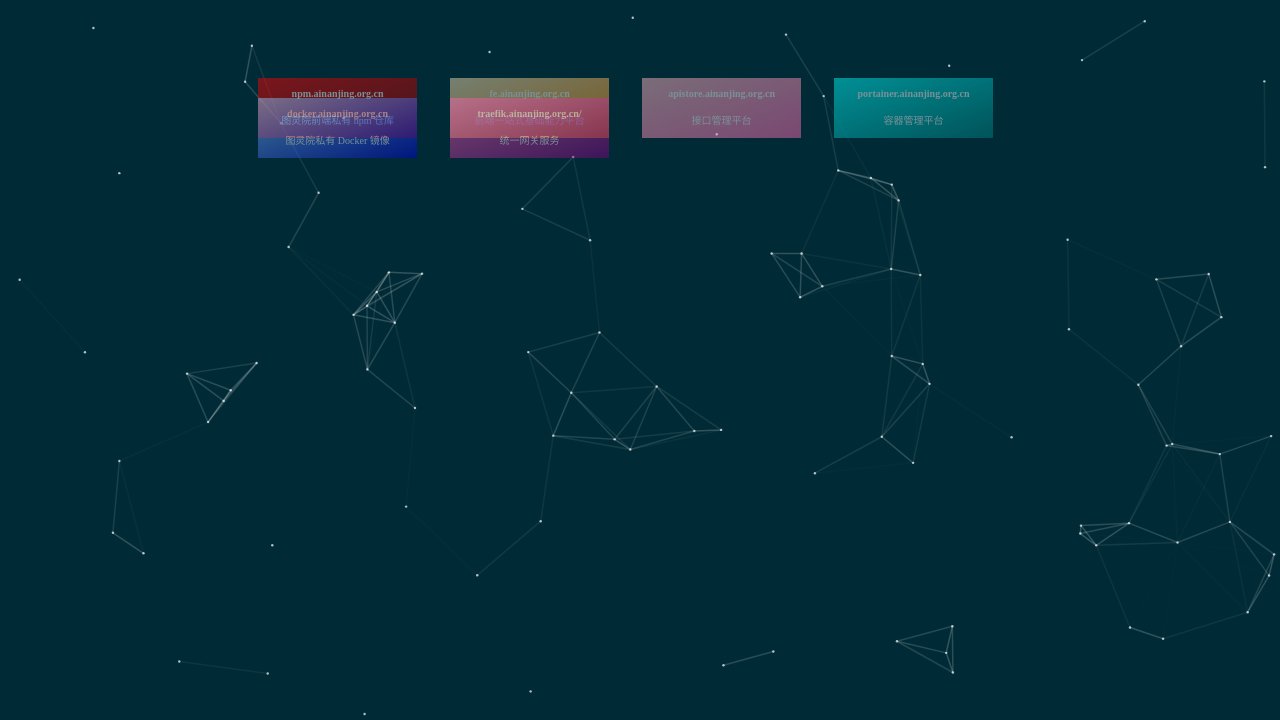
Repository: heweiwei1/portainer
Page: index.html
The author's editor kept a copy of each file at every save. The page is drawn from the files as they stood at one save, then again after the next save.
The browser window is 1280 px wide. The pictures show the whole page.

Above is the page before, as saved 2021-04-14 13:46:34.

After the next save:
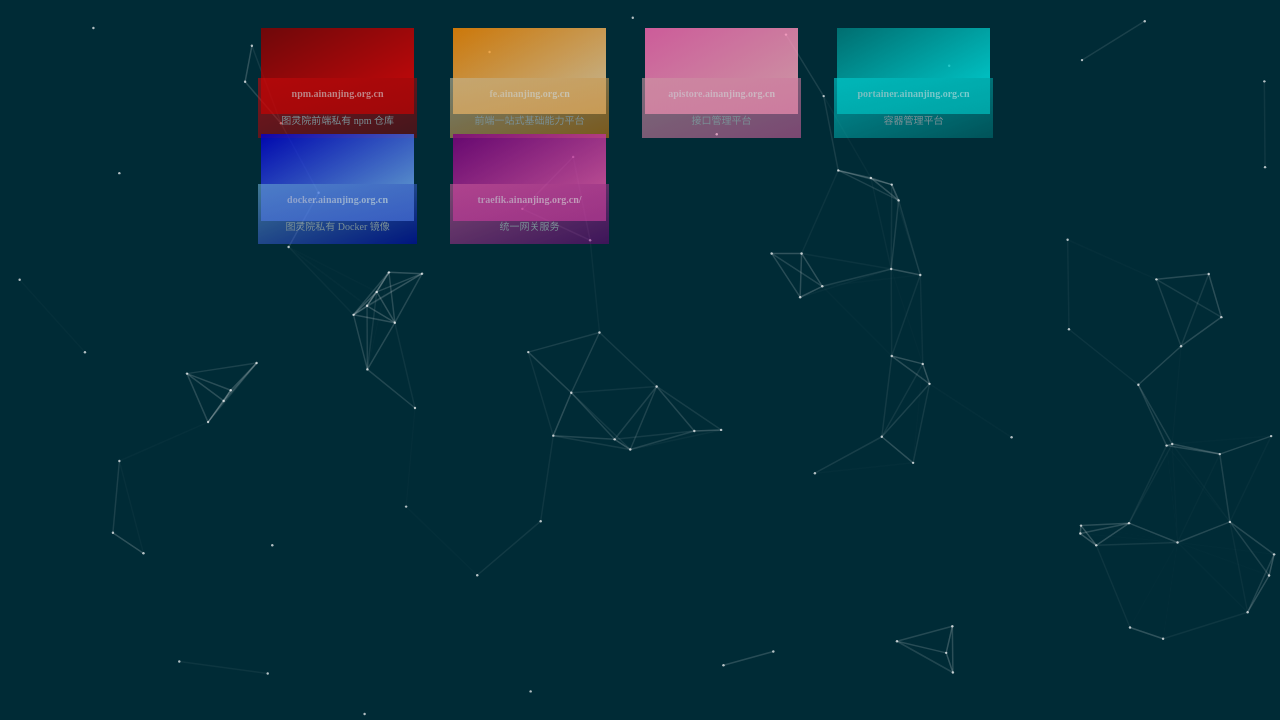
Saved 42 s later.
--- a/index.css
+++ b/index.css
@@ -17,7 +17,7 @@ a {
   align-items: center;
   /* width: calc((100% - 120px) / 4); */
   width: 12vw;
-  height: ;
+  height: 6.75vw;
   margin-top: 20px;
   font-size: 10px;
 }
